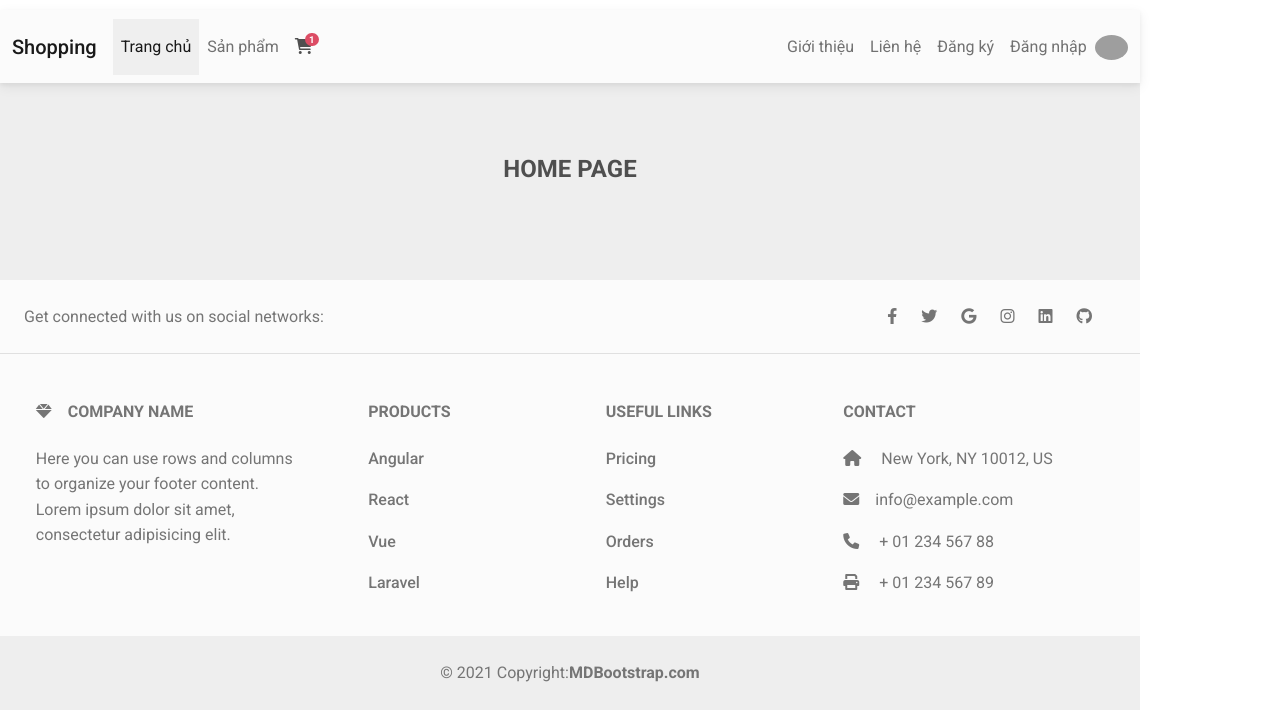
Repository: TinhTT336/MD02_Session10
Page: /
These files come from the project's save history. The page is drawn as it stood at one moment and after the next save; the edit follows.
The browser window is 1280 px wide. The pictures show the whole page.
Pictures or frames that could not be fetched are drawn as grey boxes. Some web libraries are served in a nearby version. The project was rebuilt for these pictures with package versions that can differ from the ones it lists, and the page was loaded fresh each time. Also part of the build but not shown: vite.config.js, src/common/formatMoney.js, src/pages/ListProduct.jsx, src/pages/Cart.jsx, src/pages/About.jsx, src/pages/Contact.jsx, src/pages/Register.jsx, src/pages/Login.jsx and 1 more.

Above is the page before, as saved 2023-09-08 08:22:03.

### index.html
<!DOCTYPE html>
<html lang="en">
  <head>
    <meta charset="UTF-8" />
    <link rel="icon" type="image/svg+xml" href="/vite.svg" />
    <meta name="viewport" content="width=device-width, initial-scale=1.0" />
    <title>Vite + React</title>
    <!-- Font Awesome -->
    <link
      href="https://cdnjs.cloudflare.com/ajax/libs/font-awesome/6.0.0/css/all.min.css"
      rel="stylesheet"
    />
    <!-- Google Fonts -->
    <link
      href="https://fonts.googleapis.com/css?family=Roboto:300,400,500,700&display=swap"
      rel="stylesheet"
    />
    <!-- MDB -->
    <link
      href="https://cdnjs.cloudflare.com/ajax/libs/mdb-ui-kit/6.4.1/mdb.min.css"
      rel="stylesheet"
    />
  </head>
  <body>
    <div id="root"></div>
    <script type="module" src="/src/main.jsx"></script>
    <script
      type="text/javascript"
      src="https://cdnjs.cloudflare.com/ajax/libs/mdb-ui-kit/6.4.1/mdb.min.js"
    ></script>
  </body>
</html>

### src/main.jsx
import React from 'react'
import ReactDOM from 'react-dom/client'
import App from './App.jsx'
import './index.css'
import { BrowserRouter } from 'react-router-dom'
import { Provider } from 'react-redux'
import { createStore } from 'redux'
import { reducer } from './reducers/index.js'

const store = createStore(reducer)
ReactDOM.createRoot(document.getElementById('root')).render(
  <React.StrictMode>
    <BrowserRouter>
      <Provider store={store}>
        <App />
      </Provider>
    </BrowserRouter>
  </React.StrictMode>,
)

### src/App.jsx

import { Route, Routes } from 'react-router-dom'
import './App.css'
import Home from './pages/Home'
import ListProduct from './pages/ListProduct'
import Cart from './pages/Cart'
import About from './pages/About'
import Contact from './pages/Contact'
import Register from './pages/Register'
import Login from './pages/Login'
import ProductDetail from './pages/ProductDetail'

function App() {

  return (
    <>
      <Routes>
        <Route path='/' element={<Home />}></Route>
        <Route path='/list-product' element={<ListProduct />}></Route>
        <Route path='/cart' element={<Cart />}></Route>
        <Route path='/about' element={<About />}></Route>
        <Route path='/contact' element={<Contact />}></Route>
        <Route path='/register' element={<Register />}></Route>
        <Route path='/login' element={<Login />}></Route>
        <Route path='/product-detail' element={<ProductDetail />}></Route>
      </Routes>
    </>
  )
}

export default App

### src/reducers/index.js
import { combineReducers } from "redux";
import { listProduct } from "./listProduct";
import { listCart } from "./listCart";

export const reducer = combineReducers({ listProduct, listCart });

### src/App.css
* {
  margin: 0;
  padding: 0;
  box-sizing: border-box;
}
.active {
  background-color: #efefef;
}
body {
  max-width: 90%;
  margin: 0 auto;
}

.nav-item .nav-link {
  padding: 15px;
}

.fa-cart-shopping {
  position: relative;
}

.fa-cart-shopping + span {
  position: absolute;
  top: -10px;
  right: -10px;
  background-color: red;
  color: white;
  border-radius: 50%;
  padding: 5px 10px;
}

### src/pages/Home.jsx
import React from 'react'
import Navbar from '../layouts/Navbar'
import Footer from '../layouts/Footer'

export default function Home() {
    return (
        <div>
            <Navbar />
            <section style={{ backgroundColor: "#eee" }}>
                <div className="text-center container py-5">
                    <h4 className="mt-4 mb-5">
                        <strong>HOME PAGE</strong>
                    </h4>
                </div>
            </section>
            <Footer />
        </div>
    )
}

### src/reducers/listProduct.js
import products from "../data/products.json";
export const listProduct = (state = products, action) => {
  return state;
};

### src/reducers/listCart.js
const initialState = JSON.parse(localStorage.getItem("cards")) || [];
export const listCart = (state = initialState, action) => {
  return state;
};

### src/layouts/Navbar.jsx
import React from 'react'
import { NavLink } from 'react-router-dom'

export default function Navbar() {
    return (
        <div>
            <>
                {/* Navbar start */}
                {/* Navbar */}
                <nav className="navbar navbar-expand-lg navbar-light bg-light">
                    {/* Container wrapper */}
                    <div className="container-fluid">
                        {/* Toggle button */}
                        <button
                            className="navbar-toggler"
                            type="button"
                            data-mdb-toggle="collapse"
                            data-mdb-target="#navbarSupportedContent"
                            aria-controls="navbarSupportedContent"
                            aria-expanded="false"
                            aria-label="Toggle navigation"
                        >
                            <i className="fas fa-bars" />
                        </button>
                        {/* Collapsible wrapper */}
                        <div className="collapse navbar-collapse" id="navbarSupportedContent">
                            {/* Navbar brand */}
                            <a className="navbar-brand mt-2 mt-lg-0" >
                                {" "}
                                Shopping{" "}
                            </a>
                            {/* Left links */}
                            <ul className="navbar-nav me-auto mb-2 mb-lg-0">
                                <li className="nav-item">
                                    <NavLink to={"/"} className="nav-link" >
                                        Trang chủ
                                    </NavLink>
                                </li>
                                <li className="nav-item">
                                    <NavLink to={"/list-product"} className="nav-link" >
                                        Sản phẩm
                                    </NavLink>
                                </li>
                                <li className="nav-item">
                                    {/* Icon */}
                                    <NavLink to={"/cart"} className="text-reset me-3 nav-link" >
                                        <i className="fas fa-shopping-cart" />
                                        <span className="badge rounded-pill badge-notification bg-danger">
                                            1
                                        </span>
                                    </NavLink>
                                </li>
                            </ul>
                            {/* Left links */}
                        </div>
                        {/* Collapsible wrapper */}
                        {/* Right elements */}
                        <div className="d-flex align-items-center">
                            <ul className="navbar-nav me-auto mb-2 mb-lg-0">
                                <li className="nav-item">
                                    <NavLink to={"/about"} className="nav-link" >
                                        Giới thiệu
                                    </NavLink>
                                </li>
                                <li className="nav-item">
                                    <NavLink to={"/contact"} className="nav-link" >
                                        Liên hệ
                                    </NavLink>
                                </li>
                                <li className="nav-item">
                                    <NavLink to={"/register"} className="nav-link" >
                                        Đăng ký
                                    </NavLink>
                                </li>
                                <li className="nav-item">
                                    <NavLink to={"/login"} className="nav-link" >
                                        Đăng nhập
                                    </NavLink>
                                </li>
                            </ul>
                            {/* Avatar */}
                            <div className="dropdown">
                                <a
                                    className="dropdown-toggle d-flex align-items-center hidden-arrow"

                                    id="navbarDropdownMenuAvatar"
                                    role="button"
                                    data-mdb-toggle="dropdown"
                                    aria-expanded="false"
                                >
                                    <img
                                        src="https://mdbcdn.b-cdn.net/img/new/avatars/2.webp"
                                        className="rounded-circle"
                                        height={25}
                                        alt="Black and White Portrait of a Man"
                                        loading="lazy"
                                    />
                                </a>
                                <ul
                                    className="dropdown-menu dropdown-menu-end"
                                    aria-labelledby="navbarDropdownMenuAvatar"
                                >
                                    <li>
                                        <a className="dropdown-item" >
                                            My profile
                                        </a>
                                    </li>
                                    <li>
                                        <a className="dropdown-item" >
                                            Settings
                                        </a>
                                    </li>
                                    <li>
                                        <a className="dropdown-item" >
                                            Logout
                                        </a>
                                    </li>
                                </ul>
                            </div>
                        </div>
                        {/* Right elements */}
                    </div>
                    {/* Container wrapper */}
                </nav>
                {/* Navbar end */}
            </>

        </div>
    )
}

### src/layouts/Footer.jsx
import React from 'react'

export default function Footer() {
    return (
        <>
            <>
                {/* Footer start */}
                {/* Footer */}
                <footer className="text-center text-lg-start bg-light text-muted">
                    {/* Section: Social media */}
                    <section className="d-flex justify-content-center justify-content-lg-between p-4 border-bottom">
                        {/* Left */}
                        <div className="me-5 d-none d-lg-block">
                            <span>Get connected with us on social networks:</span>
                        </div>
                        {/* Left */}
                        {/* Right */}
                        <div>
                            <a href="" className="me-4 text-reset">
                                <i className="fab fa-facebook-f" />
                            </a>
                            <a href="" className="me-4 text-reset">
                                <i className="fab fa-twitter" />
                            </a>
                            <a href="" className="me-4 text-reset">
                                <i className="fab fa-google" />
                            </a>
                            <a href="" className="me-4 text-reset">
                                <i className="fab fa-instagram" />
                            </a>
                            <a href="" className="me-4 text-reset">
                                <i className="fab fa-linkedin" />
                            </a>
                            <a href="" className="me-4 text-reset">
                                <i className="fab fa-github" />
                            </a>
                        </div>
                        {/* Right */}
                    </section>
                    {/* Section: Social media */}
                    {/* Section: Links  */}
                    <section className="">
                        <div className="container text-center text-md-start mt-5">
                            {/* Grid row */}
                            <div className="row mt-3">
                                {/* Grid column */}
                                <div className="col-md-3 col-lg-4 col-xl-3 mx-auto mb-4">
                                    {/* Content */}
                                    <h6 className="text-uppercase fw-bold mb-4">
                                        <i className="fas fa-gem me-3" />
                                        Company name
                                    </h6>
                                    <p>
                                        Here you can use rows and columns to organize your footer content.
                                        Lorem ipsum dolor sit amet, consectetur adipisicing elit.
                                    </p>
                                </div>
                                {/* Grid column */}
                                {/* Grid column */}
                                <div className="col-md-2 col-lg-2 col-xl-2 mx-auto mb-4">
                                    {/* Links */}
                                    <h6 className="text-uppercase fw-bold mb-4">Products</h6>
                                    <p>
                                        <a href="#!" className="text-reset">
                                            Angular
                                        </a>
                                    </p>
                                    <p>
                                        <a href="#!" className="text-reset">
                                            React
                                        </a>
                                    </p>
                                    <p>
                                        <a href="#!" className="text-reset">
                                            Vue
                                        </a>
                                    </p>
                                    <p>
                                        <a href="#!" className="text-reset">
                                            Laravel
                                        </a>
                                    </p>
                                </div>
                                {/* Grid column */}
                                {/* Grid column */}
                                <div className="col-md-3 col-lg-2 col-xl-2 mx-auto mb-4">
                                    {/* Links */}
                                    <h6 className="text-uppercase fw-bold mb-4">Useful links</h6>
                                    <p>
                                        <a href="#!" className="text-reset">
                                            Pricing
                                        </a>
                                    </p>
                                    <p>
                                        <a href="#!" className="text-reset">
                                            Settings
                                        </a>
                                    </p>
                                    <p>
                                        <a href="#!" className="text-reset">
                                            Orders
                                        </a>
                                    </p>
                                    <p>
                                        <a href="#!" className="text-reset">
                                            Help
                                        </a>
                                    </p>
                                </div>
                                {/* Grid column */}
                                {/* Grid column */}
                                <div className="col-md-4 col-lg-3 col-xl-3 mx-auto mb-md-0 mb-4">
                                    {/* Links */}
                                    <h6 className="text-uppercase fw-bold mb-4">Contact</h6>
                                    <p>
                                        <i className="fas fa-home me-3" /> New York, NY 10012, US
                                    </p>
                                    <p>
                                        <i className="fas fa-envelope me-3" />
                                        info@example.com
                                    </p>
                                    <p>
                                        <i className="fas fa-phone me-3" /> + 01 234 567 88
                                    </p>
                                    <p>
                                        <i className="fas fa-print me-3" /> + 01 234 567 89
                                    </p>
                                </div>
                                {/* Grid column */}
                            </div>
                            {/* Grid row */}
                        </div>
                    </section>
                    {/* Section: Links  */}
                    {/* Copyright */}
                    <div
                        className="text-center p-4"
                        style={{ backgroundColor: "rgba(0, 0, 0, 0.05)" }}
                    >
                        © 2021 Copyright:
                        <a className="text-reset fw-bold" href="https://mdbootstrap.com/">
                            MDBootstrap.com
                        </a>
                    </div>
                    {/* Copyright */}
                </footer>
                {/* Footer */}
                {/* Footer end */}
            </>

        </ >
    )
}

### src/data/products.json
[
  {
    "product_id": 1,
    "product_name": "đai lưng",
    "image": "https://mdbcdn.b-cdn.net/img/Photos/Horizontal/E-commerce/Products/belt.webp",
    "price": 50000
  },
  {
    "product_id": 2,
    "product_name": "sét đồ đi chơi",
    "image": "https://mdbcdn.b-cdn.net/img/Photos/Horizontal/E-commerce/Products/img%20(4).webp",
    "price": 60000
  },
  {
    "product_id": 3,
    "product_name": "giầy Nike hồng",
    "image": "https://mdbcdn.b-cdn.net/img/Photos/Horizontal/E-commerce/Products/shoes%20(3).webp",
    "price": 55000
  },
  {
    "product_id": 4,
    "product_name": "giầy Nike ",
    "image": "https://mdbcdn.b-cdn.net/img/Photos/Horizontal/E-commerce/Products/img%20(23).webp",
    "price": 70000
  },
  {
    "product_id": 5,
    "product_name": "quần jeans",
    "image": "https://mdbcdn.b-cdn.net/img/Photos/Horizontal/E-commerce/Products/img%20(17).webp",
    "price": 80000
  },
  {
    "product_id": 6,
    "product_name": "mũ da",
    "image": "https://mdbcdn.b-cdn.net/img/Photos/Horizontal/E-commerce/Products/img%20(30).webp",
    "price": 100000
  }
]

Loaded but not shown: src/index.css (common file)

After the next save:
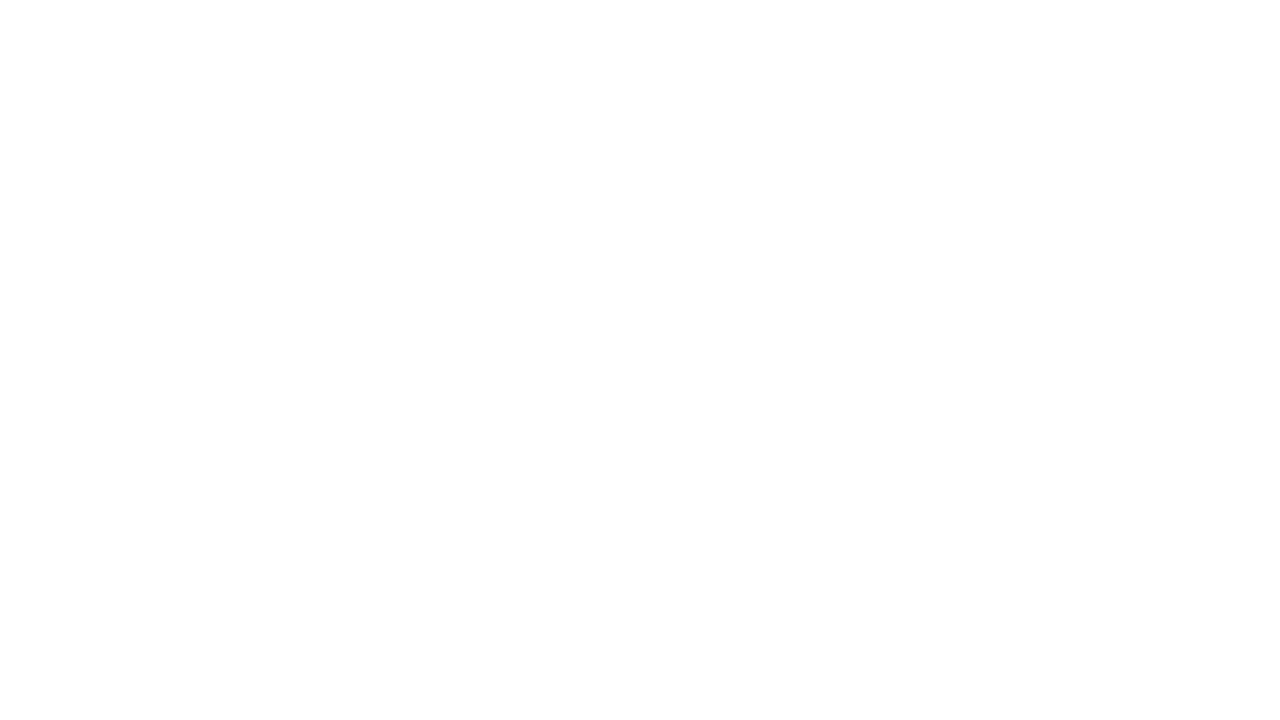
Console error: ReferenceError: Link is not defined
Saved 42 s later.
--- a/src/layouts/Navbar.jsx
+++ b/src/layouts/Navbar.jsx
@@ -43,12 +43,12 @@ export default function Navbar() {
                                 </li>
                                 <li className="nav-item">
                                     {/* Icon */}
-                                    <NavLink to={"/cart"} className="text-reset me-3 nav-link" >
+                                    <Link to={"/cart"} className="text-reset me-3 nav-link" >
                                         <i className="fas fa-shopping-cart" />
                                         <span className="badge rounded-pill badge-notification bg-danger">
                                             1
                                         </span>
-                                    </NavLink>
+                                    </Link>
                                 </li>
                             </ul>
                             {/* Left links */}

After the save that followed:
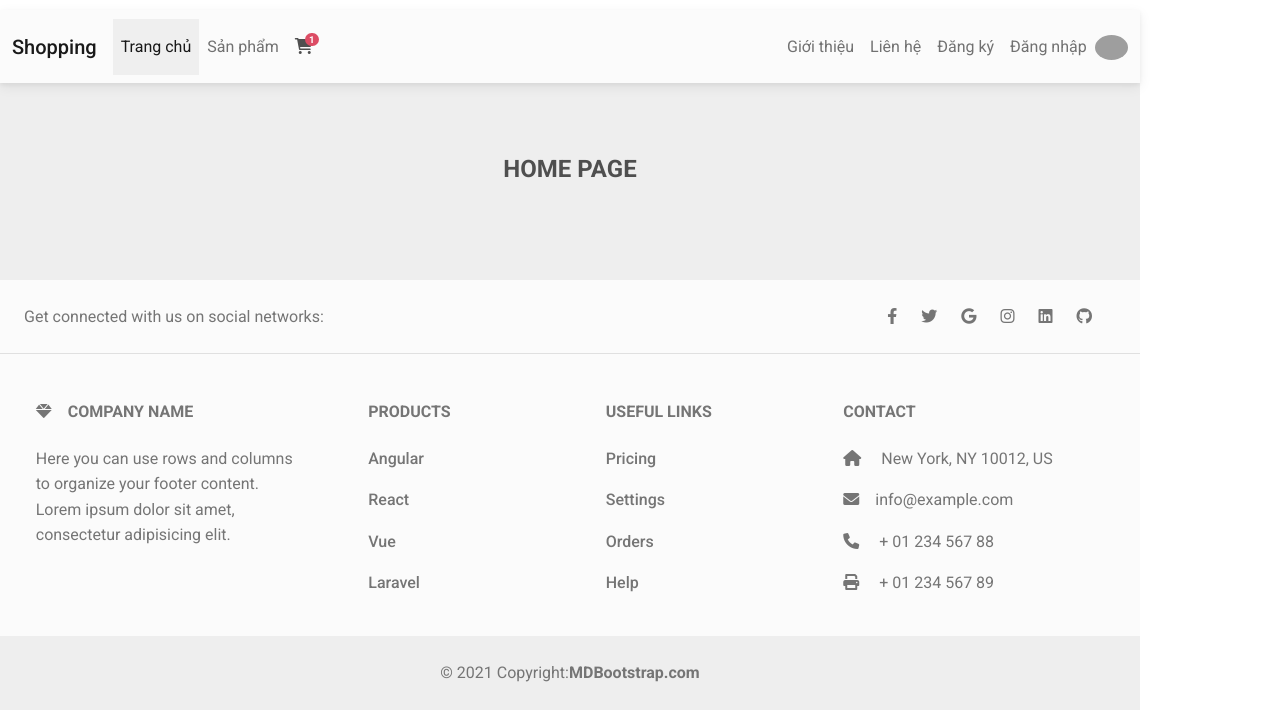
The error is gone.
Saved 18 s later.
--- a/src/layouts/Navbar.jsx
+++ b/src/layouts/Navbar.jsx
@@ -1,5 +1,5 @@
 import React from 'react'
-import { NavLink } from 'react-router-dom'
+import { Link, NavLink } from 'react-router-dom'
 
 export default function Navbar() {
     return (
